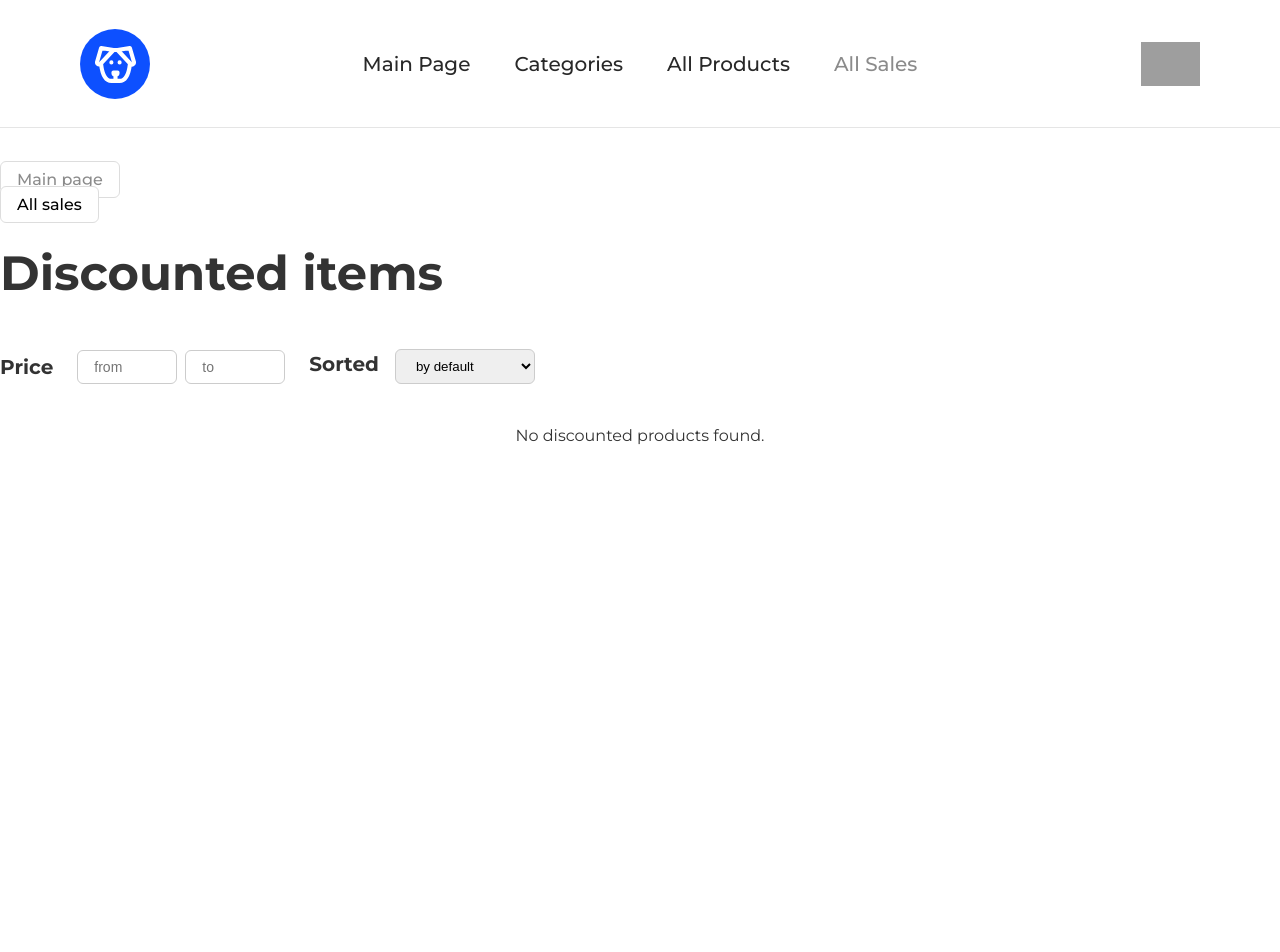
Repository: jursylian/PET-INTERNET-SHOP-PROJECT
Page: /discounts
The author's editor kept a copy of each file at every save. The page is drawn from the files as they stood at one save, then again after the next save.
The browser window is 1280 px wide. The pictures show the part of the page from y = 0 to 952 px (the page is 1912 px tall).
Pictures or frames that could not be fetched are drawn as grey boxes. The page's requests for data from a server got no answer. The project was rebuilt for these pictures with package versions that can differ from the ones it lists, and the page was loaded fresh each time. No one was signed in, and anything a server would have sent is missing. Also part of the build but not shown: vite.config.js, src/pages/Categories/Categories.module.css, src/pages/Categories/Categories.jsx, src/components/PromoBanner/PromoBanner.module.css, src/components/PromoBanner/PromoBanner.jsx, src/ui/Input/Input.module.css, src/ui/Input/Input.jsx, src/ui/Button/Button.module.css and 29 more.

Above is the page before, as saved 2025-11-06 14:40:10.

### index.html
<!DOCTYPE html>
<html lang="en">
  <head>
    <meta charset="UTF-8" />
    <link rel="icon" type="image/svg+xml" href="/vite.svg" />
    <link
      href="https://fonts.googleapis.com/css2?family=Montserrat:wght@400;500;700&display=swap"
      rel="stylesheet"
    />

    <meta name="viewport" content="width=device-width, initial-scale=1.0" />
    <title>pet-internet-shop-project</title>
  </head>
  <body>
    <div id="root"></div>
    <script type="module" src="/src/main.jsx"></script>
  </body>
</html>

### src/main.jsx
import React from "react";
import ReactDOM from "react-dom/client";
import App from "./App";
import { Provider } from "react-redux";
import store from "./redux/store";
import { BrowserRouter } from "react-router-dom";
import "./index.css";

ReactDOM.createRoot(document.getElementById("root")).render(
  <BrowserRouter>
    <Provider store={store}>
      <App />
    </Provider>
  </BrowserRouter>
);

### src/App.jsx
import "./App.css";
import AppRouter from "./router/AppRouter";

function App() {
  return (
    <>
      <AppRouter />
    </>
  );
}

export default App;

### src/redux/store.js
import { configureStore } from "@reduxjs/toolkit";
import cartReducer from "./cartSlice";
import productsReducer from "./productSlice";

export const store = configureStore({
  reducer: {
    products: productsReducer,
    cart: cartReducer,
  },
});

export default store;

### src/index.css
* {
  margin: 0;
  padding: 0;
  box-sizing: border-box;
}

body {
  font-family: "Montserrat";
  font-size: 16px;
  line-height: 1.5;
  color: #333;
}

.text-decoration-none {
  text-decoration: none;
}

### src/router/AppRouter.jsx
import { Routes, Route } from "react-router-dom";
import MainLayout from "../layouts/MainLayout/MainLayout";

import Home from "../pages/Home/Home";
import CategoriesAll from "../pages/CategoriesAll/CategoriesAll";
import AllProducts from "../pages/AllProducts/AllProducts";
import ProductDescription from "../pages/ProductDescription/ProductDescription";
import Cart from "../pages/Cart/Cart";
import NotFound from "../pages/NotFound/NotFound";
import AllSales from "../pages/AllSales/AllSales";
import CategoryPage from "../pages/CategoryPage/CategoryPage";

function AppRouter() {
  return (
    <Routes>
      <Route element={<MainLayout />}>
        <Route path="/" element={<Home />} />
        <Route path="/categories" element={<CategoriesAll />} />
        <Route path="/categories/:categoryId" element={<CategoryPage />} />
        <Route path="/discounts" element={<AllSales />} />
        <Route path="/products" element={<AllProducts />} />
        <Route path="/product/:productId" element={<ProductDescription />} />
        <Route path="/cart" element={<Cart />} />
        <Route path="*" element={<NotFound />} />
      </Route>
    </Routes>
  );
}

export default AppRouter;

### src/redux/cartSlice.js
import { createSlice } from "@reduxjs/toolkit";

const cartSlice = createSlice({
  name: "cart",
  initialState: {
    items: [],
  },
  reducers: {
    addToCart: (state, action) => {
      console.log("addToCart вызван с payload:", action.payload);
      const newItem = action.payload;
      const existingItem = state.items.find((item) => item.id === newItem.id);
      if (existingItem) {
        existingItem.quantity += newItem.quantity || 1;
      } else {
        state.items.push({ ...newItem, quantity: newItem.quantity || 1 });
      }
    },
    removeFromCart: (state, action) => {
      state.items = state.items.filter((item) => item.id !== action.payload);
    },
    updateQuantity: (state, action) => {
      const { id, quantity } = action.payload;
      const itemToUpdate = state.items.find((item) => item.id === id);
      if (itemToUpdate) {
        itemToUpdate.quantity = quantity;
      }
    },
    clearCart: (state) => {
      state.items = [];
    },
  },
});

export const { addToCart, removeFromCart, updateQuantity, clearCart } =
  cartSlice.actions;

export default cartSlice.reducer;

### src/layouts/MainLayout/MainLayout.jsx
import { Outlet } from "react-router-dom";
import Header from "../Header/Header";
import Footer from "../Footer/Footer";

export default function MainLayout() {
  return (
    <>
      <Header />
      <main className="container mx-auto p-4 min-h-[80vh]">
        <Outlet />
      </main>
      <Footer />
    </>
  );
}

### src/pages/AllSales/AllSales.jsx
import { useDispatch, useSelector } from "react-redux";
import { useEffect } from "react";
import { Link, useLocation } from "react-router-dom";

import { fetchAllProducts } from "../../redux/productSlice";
import { productsSelectors } from "../../redux/productsSelectors";
import styles from "./AllSales.module.css";

import ProductFilter from "../../components/ProductFilter/ProductFilter";
import ProductCard from "../../components/ProductCard/ProductCard";
import PageSection from "../../layouts/PageSection/PageSection";

const selectDiscountedProducts = productsSelectors((state) =>
  state.products.items.filter((item) => item.discont_price)
);

const AllSales = () => {
  const dispatch = useDispatch();
  const discountedProducts = useSelector(selectDiscountedProducts);
  const location = useLocation();

  useEffect(() => {
    dispatch(fetchAllProducts());
  }, [dispatch]);

  const isOnSalesPage = location.pathname === "/discounts";

  return (
    <PageSection>
      <div className={styles.breadcrumb}>
        {!isOnSalesPage ? (
          <Link to="/" className={styles.tab}>
            Main page
          </Link>
        ) : (
          <span className={`${styles.tab} ${styles.disabled}`}>Main page</span>
        )}

        <div className={styles.connector}></div>

        <span className={`${styles.tab} ${styles.active}`}>All sales</span>
      </div>

      <h1 className={styles.pageTitle}>Discounted items</h1>

      <ProductFilter showDiscountCheckbox={false} />

      <div className={styles.productsWrapper}>
        {discountedProducts.length > 0 ? (
          discountedProducts
            .slice(0, 8)
            .map((product) => (
              <ProductCard key={product.id} product={product} />
            ))
        ) : (
          <p>No discounted products found.</p>
        )}
      </div>
    </PageSection>
  );
};

export default AllSales;

### src/layouts/Header/Header.jsx
import { Link, NavLink, useLocation } from "react-router-dom";
import { useSelector } from "react-redux";
import styles from "./Header.module.css";
import logo from "../../assets/logo.svg";
import cartIcon from "../../assets/cart-icon.svg";

function Header() {
  const items = useSelector((state) => state.cart.items);
  const totalQuantity = items.reduce((sum, item) => sum + item.quantity, 0);
  const location = useLocation();

  const currentPath = location.pathname;

  return (
    <header
      className={`${styles.header} ${
        currentPath !== "/" ? styles.withDivider : ""
      }`}
    >
      <div className={styles.left}>
        <Link to="/" className={styles.logo}>
          <img src={logo} alt="Логотип" />
        </Link>
      </div>

      <nav className={styles.nav}>
        {currentPath === "/" ? (
          <span className={styles.inactive}>Main Page</span>
        ) : (
          <NavLink to="/" end>
            Main Page
          </NavLink>
        )}

        {currentPath === "/categories" ? (
          <span className={styles.inactive}>Categories</span>
        ) : (
          <NavLink to="/categories">Categories</NavLink>
        )}

        {currentPath === "/products" ? (
          <span className={styles.inactive}>All Products</span>
        ) : (
          <NavLink to="/products">All Products</NavLink>
        )}

        {currentPath === "/discounts" ? (
          <span className={styles.inactive}>All Sales</span>
        ) : (
          <NavLink to="/discounts">All Sales</NavLink>
        )}
      </nav>

      <div className={styles.right}>
        <Link to="/cart" className={styles.cart}>
          <img src={cartIcon} alt="Корзина" />
          {totalQuantity > 0 && (
            <span className={styles.count}>{totalQuantity}</span>
          )}
        </Link>
      </div>
    </header>
  );
}

export default Header;

### src/layouts/Footer/Footer.jsx
import styles from "./Footer.module.css";
import chatIcon from "../../assets/ic-instagram.svg";
import phoneIcon from "../../assets/ic-whatsapp.svg";

export default function Footer() {
  return (
    <footer className={styles.footer}>
      <h3 className={styles.contact}>Contact</h3>
      <div className={styles.info}>
        <div className={styles.container}>
          <div className={styles.card}>
            <p className={styles.text}>Phone</p>
            <p className={styles.textInfo}>+49 30 915-88492</p>
          </div>
          <div className={styles.icons}>
            <p className={styles.text}>Socials</p>
            <div className={styles.socialsMedien}>
              <img src={chatIcon} alt="Chat" />
              <img src={phoneIcon} alt="Phone" />
            </div>
          </div>
        </div>

        <div className={styles.container}>
          <div className={styles.card}>
            <p className={styles.text}>Address</p>
            <p className={styles.textInfo}>
              Wallstraẞe 9-13, 10179 Berlin, Deutschland
            </p>
          </div>
          <div className={styles.icons}>
            <p className={styles.text}>Working Hours</p>
            <p className={styles.textInfo}>24 hours a day</p>
          </div>
        </div>
      </div>
      <div className={styles.map}>
        <iframe
          className={styles.iframe}
          src="https://www.google.com/maps/embed?pb=!1m18!1m12!1m3!1d3642.428115488763!2d13.40018838277564!3d52.5113162995337!2m3!1f0!2f0!3f0!3m2!1i1024!2i768!4f13.1!3m3!1m2!1s0x47a84e27db4748a5%3A0x1d538c01013c2c7!2sWallstra%C3%9Fe%209-13%2C%2010179%20Berlin!5e0!3m2!1suk!2sde!4v1760550313224!5m2!1suk!2sde"
          width="600"
          height="450"
          style={{ border: 0 }}
          allowFullScreen=""
          loading="lazy"
          referrerPolicy="no-referrer-when-downgrade"
        ></iframe>
      </div>
    </footer>
  );
}

### src/layouts/PageSection/PageSection.jsx
import styles from "./PageSection.module.css";

const PageSection = ({ children }) => {
  return <section className={styles.section}>{children}</section>;
};

export default PageSection;

### src/redux/productsSelectors.js
import { createSelector } from "@reduxjs/toolkit";

export const productsSelectors = (getItems) =>
  createSelector(
    [getItems, (state) => state.products.filters],
    (items, filters) => {
      let result = [...items];

      if (filters.discountOnly) {
        result = result.filter(
          (p) => p.discont_price && p.discont_price < p.price
        );
      }
      if (filters.priceFrom) {
        result = result.filter((p) => p.price >= Number(filters.priceFrom));
      }
      if (filters.priceTo) {
        result = result.filter((p) => p.price <= Number(filters.priceTo));
      }

      if (filters.sort === "price-low") {
        result.sort((a, b) => a.price - b.price);
      } else if (filters.sort === "price-high") {
        result.sort((a, b) => b.price - a.price);
      } else if (filters.sort === "newest") {
        result.sort((a, b) => new Date(b.createdAt) - new Date(a.createdAt));
      }

      return result;
    }
  );

### src/components/ProductFilter/ProductFilter.jsx
import { useSelector, useDispatch } from "react-redux";
import { setFilters } from "../../redux/productSlice";
import styles from "./ProductFilter.module.css";

const ProductFilters = ({ showDiscountCheckbox = true }) => {
  const filters = useSelector((state) => state.products.filters);
  const dispatch = useDispatch();

  return (
    <div className={styles.filters}>
      <div className={styles.priceGroup}>
        <label className={styles.labelName}>Price</label>
        <input
          type="number"
          placeholder="from"
          value={filters.priceFrom}
          onChange={(e) => dispatch(setFilters({ priceFrom: e.target.value }))}
          className={styles.priceInput}
        />
        <input
          type="number"
          placeholder="to"
          value={filters.priceTo}
          onChange={(e) => dispatch(setFilters({ priceTo: e.target.value }))}
          className={styles.priceInput}
        />
      </div>

      {showDiscountCheckbox && (
        <div className={styles.filterGroup}>
          <label className={styles.labelName}>Discounted items</label>
          <input
            className={styles.checkbox}
            type="checkbox"
            checked={filters.discountOnly}
            onChange={() =>
              dispatch(setFilters({ discountOnly: !filters.discountOnly }))
            }
          />
        </div>
      )}

      <div>
        <label className={styles.labelName}>Sorted</label>
        <select
          value={filters.sort}
          onChange={(e) => dispatch(setFilters({ sort: e.target.value }))}
        >
          <option value="default">by default</option>
          <option value="newest">newest</option>
          <option value="price-high">price: high-low</option>
          <option value="price-low">price: low-high</option>
        </select>
      </div>
    </div>
  );
};

export default ProductFilters;

### src/pages/AllSales/AllSales.module.css
.productsWrapper {
  display: flex;
  flex-wrap: wrap;
  gap: 32px;
  justify-content: center;
  align-items: stretch;
}

/* .breadcrumb {
  display: flex;
  align-items: center;
  gap: 4px;
  margin-bottom: 32px;
} */

.tab {
  font-size: 16px;
  font-weight: 500;
  text-decoration: none;
  color: #8b8b8b;
  padding: 8px 16px;
  border: 1px solid #dddddd;
  background-color: transparent;
  border-radius: 6px;
  transition: all 0.3s ease;
  cursor: pointer;
}

.tab:hover:not(.active):not(.disabled) {
  background-color: #0d50ff;
  color: white;
  transform: translateY(-1px);
}

.active {
  color: #000;
  cursor: default;
  background-color: #fff;
}

.disabled {
  color: #8b8b8b;
  cursor: default;
  pointer-events: none;
}

.connector {
  width: 16px;
  height: 1px;
  background-color: #dddddd;
}

.pageTitle {
  font-size: 48px;
  font-weight: 700;
  margin: 20px 0 40px;
}

### src/layouts/Header/Header.module.css
.header {
  display: flex;
  align-items: center;
  justify-content: space-between;
  padding: 40px 80px;
  height: 128px;
  width: 100%;
  position: relative;
  background-color: #fff;
  z-index: 10;
}

.withDivider {
  border-bottom: 1px solid #e5e5e5;
}

.left,
.right {
  flex: 1;
  display: flex;
  align-items: center;
}

.left {
  justify-content: flex-start;
}

.right {
  justify-content: flex-end;
}

.logo img {
  height: 70px;
  display: block;
  transition: transform 0.3s ease;
}

.logo img:hover {
  transform: scale(1.2);
}

.nav {
  flex: 2;
  display: flex;
  justify-content: center;
  align-items: center;
  gap: 44px;
}

.nav a {
  text-decoration: none;
  color: #282828;
  font-weight: 500;
  font-size: 20px;
  transition: color 0.2s ease;
}

.nav a:hover {
  color: #007bff;
}

.active {
  color: #007bff;
  font-weight: 600;
}

.inactive {
  color: #8b8b8b;
  font-weight: 500;
  font-size: 20px;
  cursor: default;
  text-decoration: none;
  pointer-events: none;
}

.inactive:hover {
  color: #8b8b8b;
}

.cart {
  position: relative;
  display: flex;
  align-items: center;
}

.cart img {
  height: 44px;
}

.count {
  position: absolute;
  top: 0;
  left: -6px;
  background-color: #007bff;
  color: white;
  border-radius: 50%;
  font-size: 12px;
  font-weight: bold;
  width: 22px;
  height: 22px;
  display: flex;
  align-items: center;
  justify-content: center;
}

### src/layouts/Footer/Footer.module.css
.footer {
  width: 100%;
  max-width: 1360px;
  margin: 0 auto;
  padding-bottom: 10px;
}

.contact {
  font-size: 64px;
  margin-bottom: 40px;
}
.card {
  height: auto;
  background-color: #f1f3f4;
  display: flex;
}

.card p,
.icons p {
  margin: 0.5rem 0;
}
.icons {
  width: 100%;
  max-width: 100%;

  height: auto;
  background-color: #f1f3f4;
}
.card,
.icons {
  background-color: #f1f3f4;
  padding: 1rem;
  border-radius: 8px;
  box-shadow: 0 2px 6px rgba(0, 0, 0, 0.05);
  display: flex;
  flex-direction: column;
  justify-content: center;
  gap: 0.5rem;
  transition: transform 0.3s ease, box-shadow 0.3s ease;

  flex: 1;
  min-height: 150px;
  height: 100%;
}
.card:hover,
.icons:hover {
  transform: translateY(-8px) scale(1.02);
  box-shadow: 0 8px 20px rgba(0, 0, 0, 0.1);
}

.container {
  display: grid;
  grid-template-columns: 2fr 1fr;
  gap: 32px;
  margin-bottom: 32px;
}
.icons img {
  width: 32px;
  height: 32px;
  object-fit: contain;
  transition: transform 0.3s ease;
  margin-right: 8px;
}
.text {
  font-family: Montserrat;
  font-weight: 500;
  font-style: Medium;
  font-size: 20px;
  color: #8b8b8b;
}
.textInfo {
  font-family: Montserrat;
  font-weight: 600;
  font-style: SemiBold;
  font-size: 40px;

  letter-spacing: 0%;
}
.socialsMedien {
  display: flex;
  flex-direction: row;
  gap: 16px;
}
.iframe {
  width: 100%;
  max-width: 100%;
  height: 350px;
  border-radius: 8px;
  display: block;
}
@media (max-width: 1024px) {
  .container {
    display: flex;
    flex-direction: column;
    gap: 32px;
  }
  .contact {
    font-size: 44px;
    text-align: center;
  }
  .card,
  .icons {
    width: 100%;
    min-height: 300px;
    height: auto;
  }

  .footer {
    margin-left: 1rem;
    margin-right: 1rem;
  }
  .iframe {
    height: 300px;
  }
}

@media (max-width: 600px) {
  .container {
    display: flex;
    flex-direction: column;
    gap: 32px;
  }
  .contact {
    font-size: 34px;
    margin-bottom: 10px;
    text-align: center;
  }

  .textInfo {
    font-size: 24px;
    text-align: calc();
  }

  .text {
    font-size: 16px;
    text-align: center;
  }
  .socialsMadien {
    justify-content: center;
    flex-wrap: wrap;
  }
  .icons img {
    width: 28px;
    height: 28px;
  }
  .iframe {
    height: 250px;
  }
  .card,
  .icons {
    flex-direction: column;
    align-items: center;
    width: 100%;
  }
}

### src/layouts/PageSection/PageSection.module.css
.section {
  height: auto;
  min-height: 800px;
  border-radius: 10px;
  width: 100%;
  max-width: 1360px;
  margin: 0 auto;
  padding-bottom: 10px;
  margin-top: 40px;
}

### src/components/ProductFilter/ProductFilter.module.css
.filters {
  display: flex;
  gap: 24px;
  margin-bottom: 40px;
  align-items: center;
}

.filters input,
.filters select {
  padding: 8px 16px;
  border: 1px solid #ccc;
  border-radius: 6px;
}

.priceGroup {
  display: flex;
  align-items: center;
  gap: 8px;
}

.priceInput {
  width: 100px;
  padding: 6px 12px;
  font-size: 14px;
}

.filterGroup {
  display: flex;
  align-items: center;
  gap: 1px;
  margin-left: 40px;
  margin-right: 40px;
}

.titletDry {
  font-weight: 700;
  font-style: Bold;
  font-size: 64px;

  line-height: 110.00000000000001%;
  letter-spacing: 0%;
  margin-bottom: 40px;
}

.checkbox {
  appearance: none;
  width: 32px;
  height: 32px;
  border: 2px solid #ccc;
  border-radius: 6px;

  cursor: pointer;
  position: relative;
}

.checkbox:checked::after {
  content: "";
  position: absolute;
  top: 6px;
  left: 10px;
  width: 6px;
  height: 12px;
  border: solid rgb(40, 87, 215);
  border-width: 0 2px 2px 0;
  transform: rotate(45deg);
}

.labelName {
  font-weight: 600;
  font-style: SemiBold;
  font-size: 20px;
  margin-right: 16px;
  line-height: 130%;
  letter-spacing: 0%;
}

Loaded but not shown: src/redux/productSlice.js (51 lines, source omitted); src/App.css (no stored copy; drawn as an empty file)

After the next save:
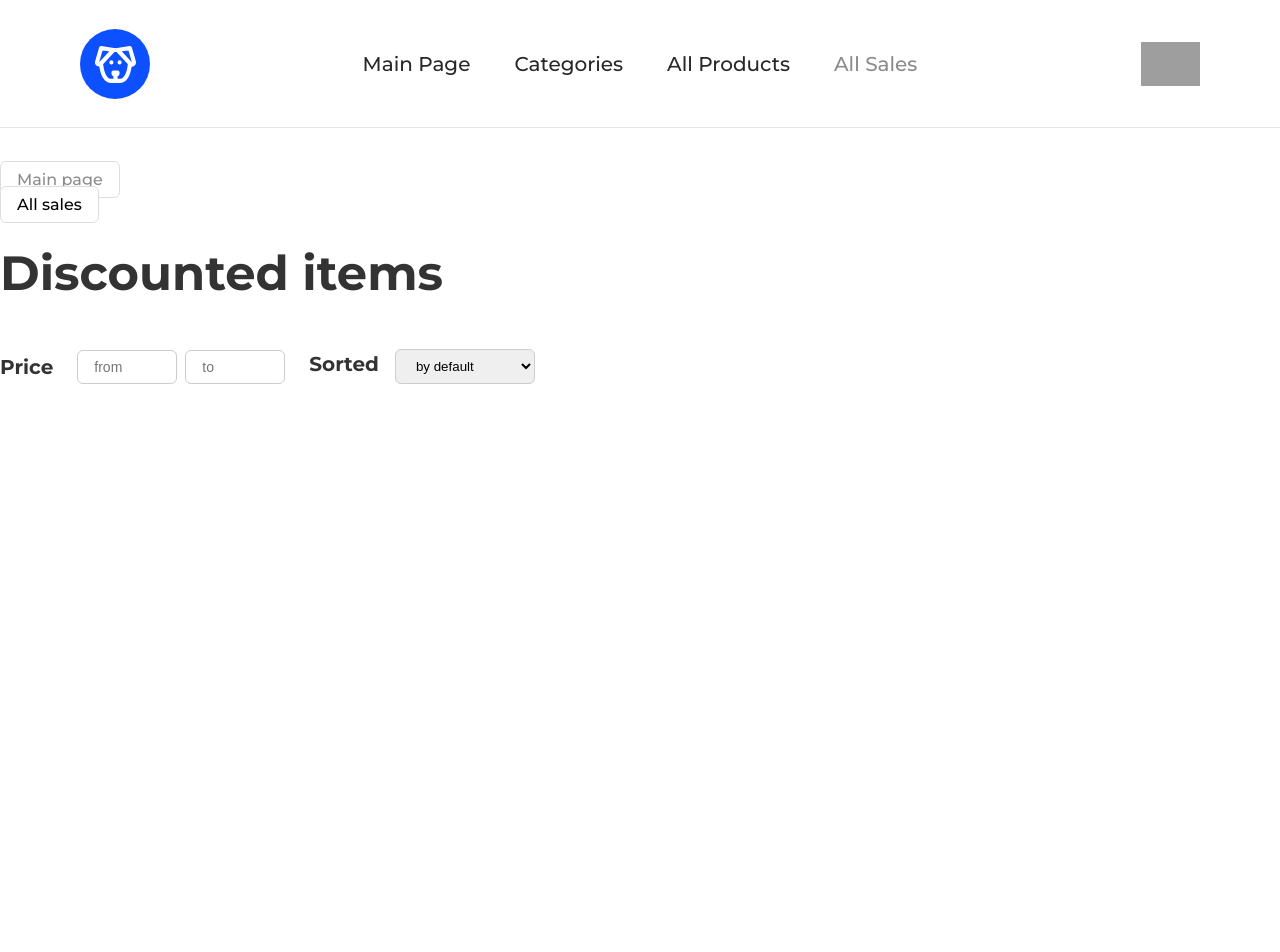
Saved 27 s later.
--- a/src/pages/AllSales/AllSales.jsx
+++ b/src/pages/AllSales/AllSales.jsx
@@ -1,6 +1,6 @@
 import { useDispatch, useSelector } from "react-redux";
 import { useEffect } from "react";
-import { Link, useLocation } from "react-router-dom";
+import { Link } from "react-router-dom";
 
 import { fetchAllProducts } from "../../redux/productSlice";
 import { productsSelectors } from "../../redux/productsSelectors";
@@ -10,51 +10,32 @@ import ProductFilter from "../../components/ProductFilter/ProductFilter";
 import ProductCard from "../../components/ProductCard/ProductCard";
 import PageSection from "../../layouts/PageSection/PageSection";
 
-const selectDiscountedProducts = productsSelectors((state) =>
+const selectFilteredDiscounted = productsSelectors((state) =>
   state.products.items.filter((item) => item.discont_price)
 );
 
 const AllSales = () => {
   const dispatch = useDispatch();
-  const discountedProducts = useSelector(selectDiscountedProducts);
-  const location = useLocation();
+  const AllSales = useSelector(selectFilteredDiscounted);
 
   useEffect(() => {
     dispatch(fetchAllProducts());
   }, [dispatch]);
-
-  const isOnSalesPage = location.pathname === "/discounts";
-
   return (
     <PageSection>
-      <div className={styles.breadcrumb}>
-        {!isOnSalesPage ? (
-          <Link to="/" className={styles.tab}>
-            Main page
-          </Link>
-        ) : (
-          <span className={`${styles.tab} ${styles.disabled}`}>Main page</span>
-        )}
-
+      <div className={styles.tabs}>
+        <Link to="/" className={styles.tab}>
+          Main page
+        </Link>
         <div className={styles.connector}></div>
-
         <span className={`${styles.tab} ${styles.active}`}>All sales</span>
       </div>
-
       <h1 className={styles.pageTitle}>Discounted items</h1>
-
       <ProductFilter showDiscountCheckbox={false} />
-
       <div className={styles.productsWrapper}>
-        {discountedProducts.length > 0 ? (
-          discountedProducts
-            .slice(0, 8)
-            .map((product) => (
-              <ProductCard key={product.id} product={product} />
-            ))
-        ) : (
-          <p>No discounted products found.</p>
-        )}
+        {AllSales.slice(0, 8).map((product) => (
+          <ProductCard key={product.id} product={product} />
+        ))}
       </div>
     </PageSection>
   );
